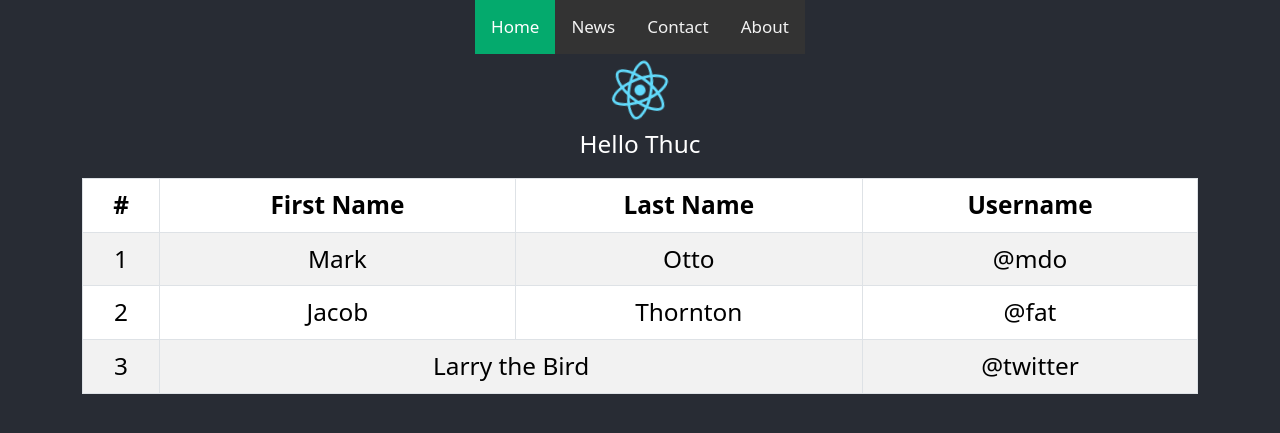
Repository: ThucSkin/React-hook-basic
Page: /
The author's editor kept a copy of each file at every save. The page is drawn from the files as they stood at one save, then again after the next save.
The browser window is 1280 px wide. The pictures show the whole page.
The project was rebuilt for these pictures with package versions that can differ from the ones it lists, and the page was loaded fresh each time. Also part of the build but not shown: src/views/Todo.js.

Above is the page before, as saved 2023-06-11 03:04:03.

After the next save:
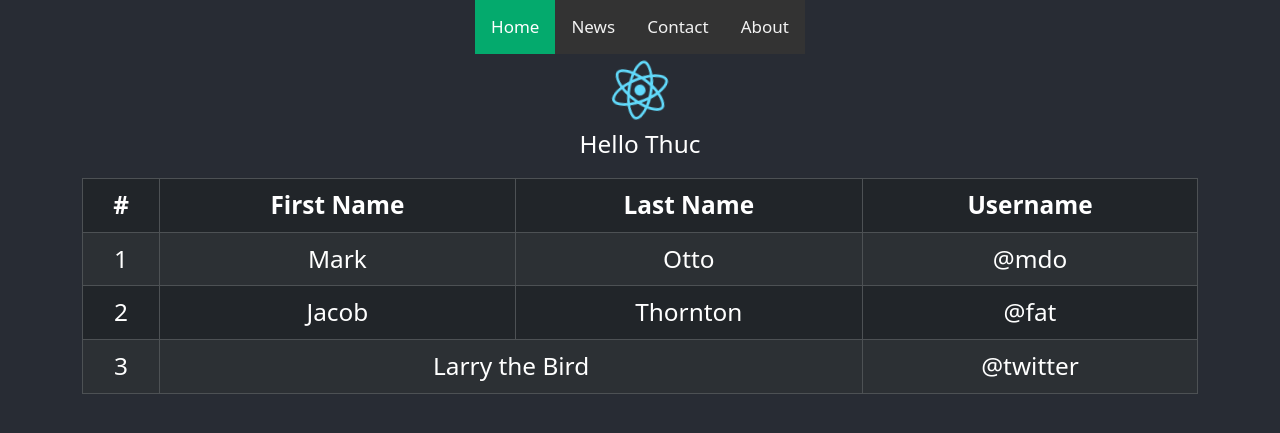
Saved 74 s later.
--- a/src/views/TableApi/TableApi.js
+++ b/src/views/TableApi/TableApi.js
@@ -3,7 +3,7 @@
 
 function TableApi() {
     return (
-        <Table striped bordered hover>
+        <Table striped bordered hover variant="dark">
             <thead>
                 <tr>
                     <th>#</th>
